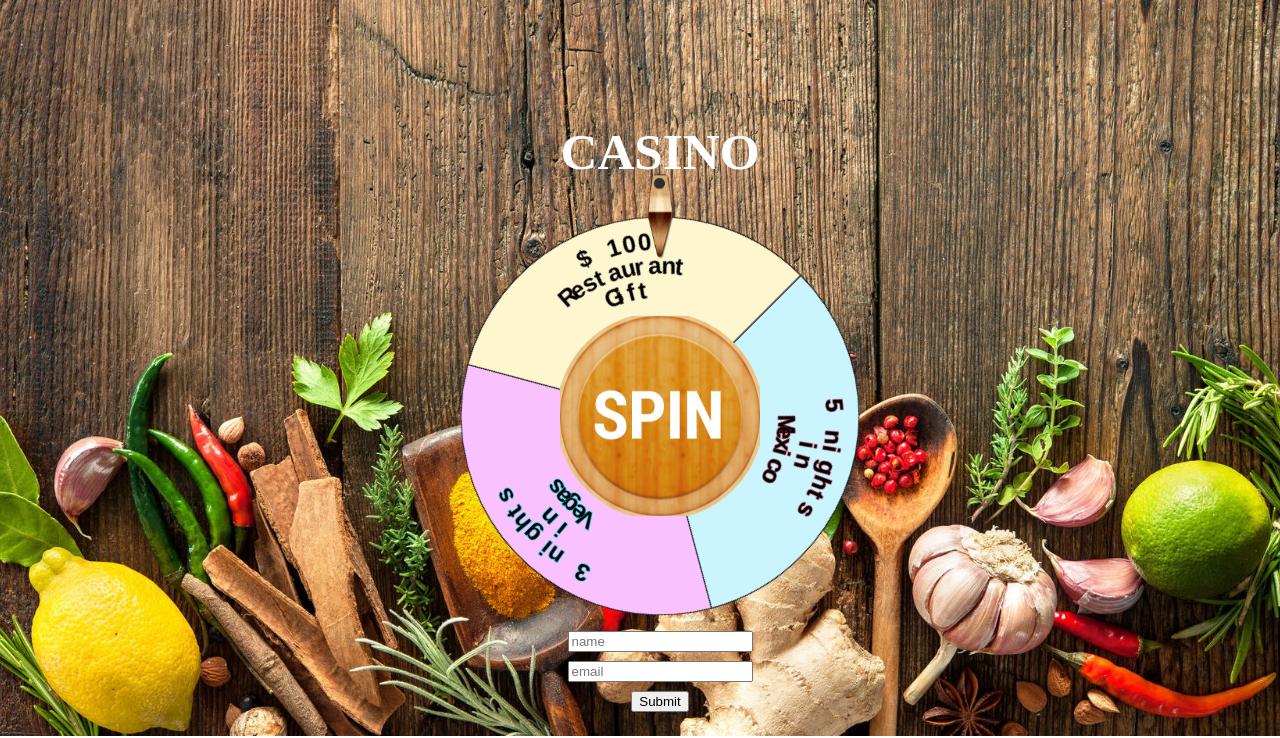
Repository: 43320888/upwork
Page: index.html
These files come from the project's save history. The page is drawn as it stood at one moment and after the next save; the edit follows.
The browser window is 1280 px wide. The pictures show the whole page.

Above is the page before, as saved 2019-01-16 23:01:55.

After the next save:
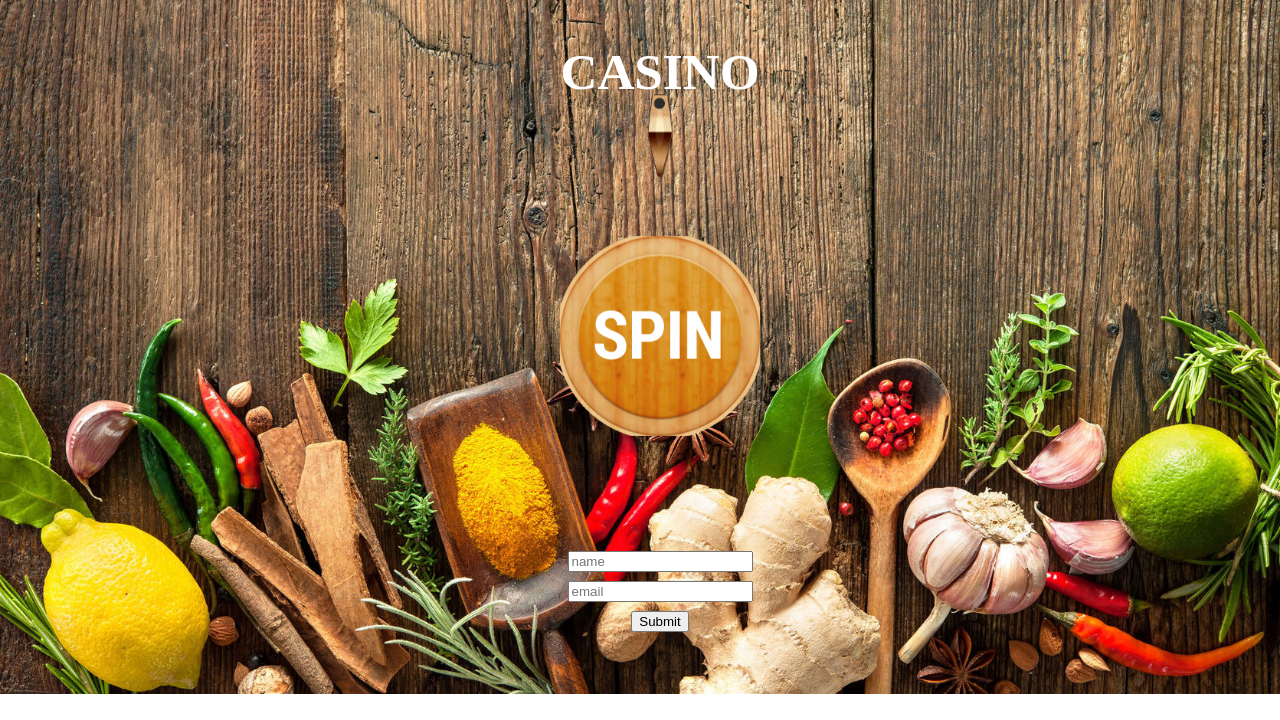
Console error: TypeError: Cannot read properties of undefined (reading 'style')
Saved 66 s later.
--- a/index.html
+++ b/index.html
@@ -7,6 +7,7 @@
 	<link rel="stylesheet" href="style.css">
 	<script src="Winwheel.min.js"></script>
 	<script src="http://cdnjs.cloudflare.com/ajax/libs/gsap/latest/TweenMax.min.js"></script>
+	<script src="script.js"></script>
 	<title>Spin wheel</title>
 </head>
 <body class="spin-table">
@@ -17,7 +18,6 @@
 		<img onClick="theWheel3.startAnimation();" id="prizePointer" src="images/pin.png" alt="V" />
 		<img onClick="theWheel3.startAnimation();"  src="images/spin_button.png" id="spinButton">
 	</div></li>
-	<li><script src="script.js"></script></li>
 	<li><input type="text" placeholder="name"></li>
 	<li><input type="text" placeholder="email"></li>
 	<li><input type="submit" placeholder="submit"></li>

After the save that followed:
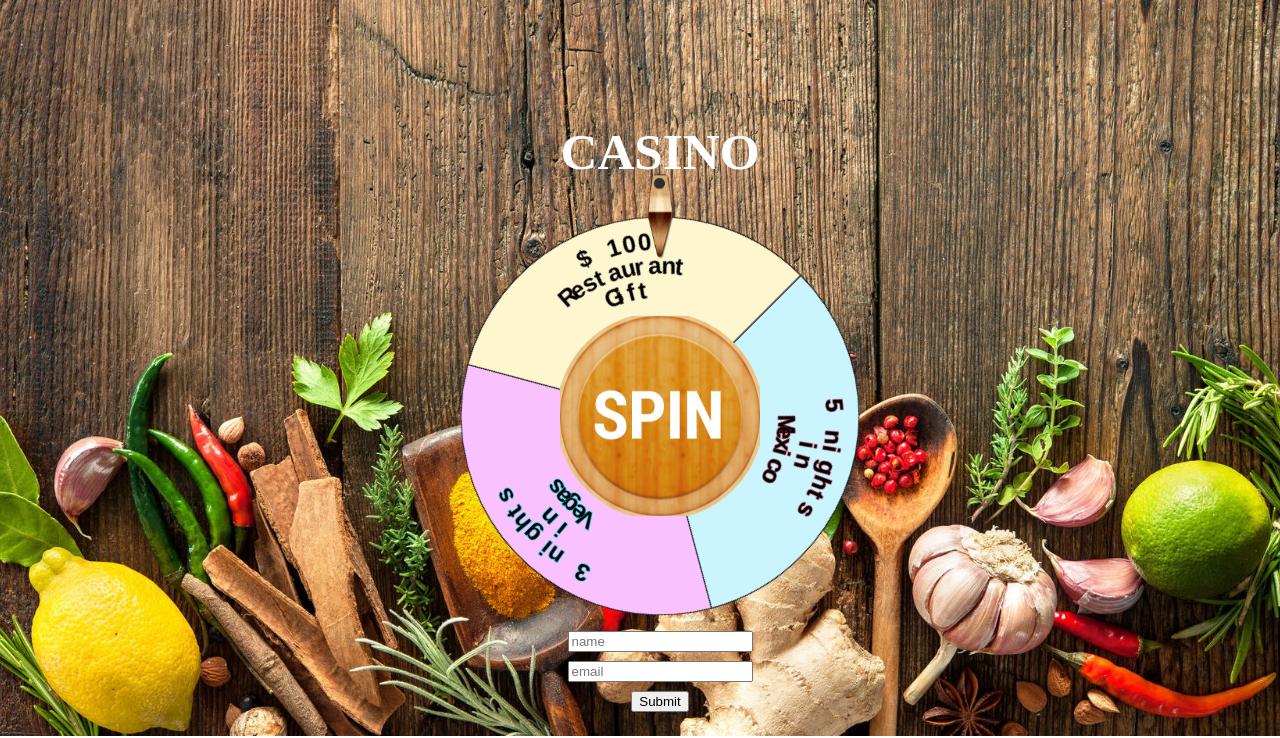
The error is gone.
Saved 12 s later.
--- a/index.html
+++ b/index.html
@@ -7,7 +7,6 @@
 	<link rel="stylesheet" href="style.css">
 	<script src="Winwheel.min.js"></script>
 	<script src="http://cdnjs.cloudflare.com/ajax/libs/gsap/latest/TweenMax.min.js"></script>
-	<script src="script.js"></script>
 	<title>Spin wheel</title>
 </head>
 <body class="spin-table">
@@ -18,6 +17,7 @@
 		<img onClick="theWheel3.startAnimation();" id="prizePointer" src="images/pin.png" alt="V" />
 		<img onClick="theWheel3.startAnimation();"  src="images/spin_button.png" id="spinButton">
 	</div></li>
+	<li><script src="script.js"></script></li>
 	<li><input type="text" placeholder="name"></li>
 	<li><input type="text" placeholder="email"></li>
 	<li><input type="submit" placeholder="submit"></li>
